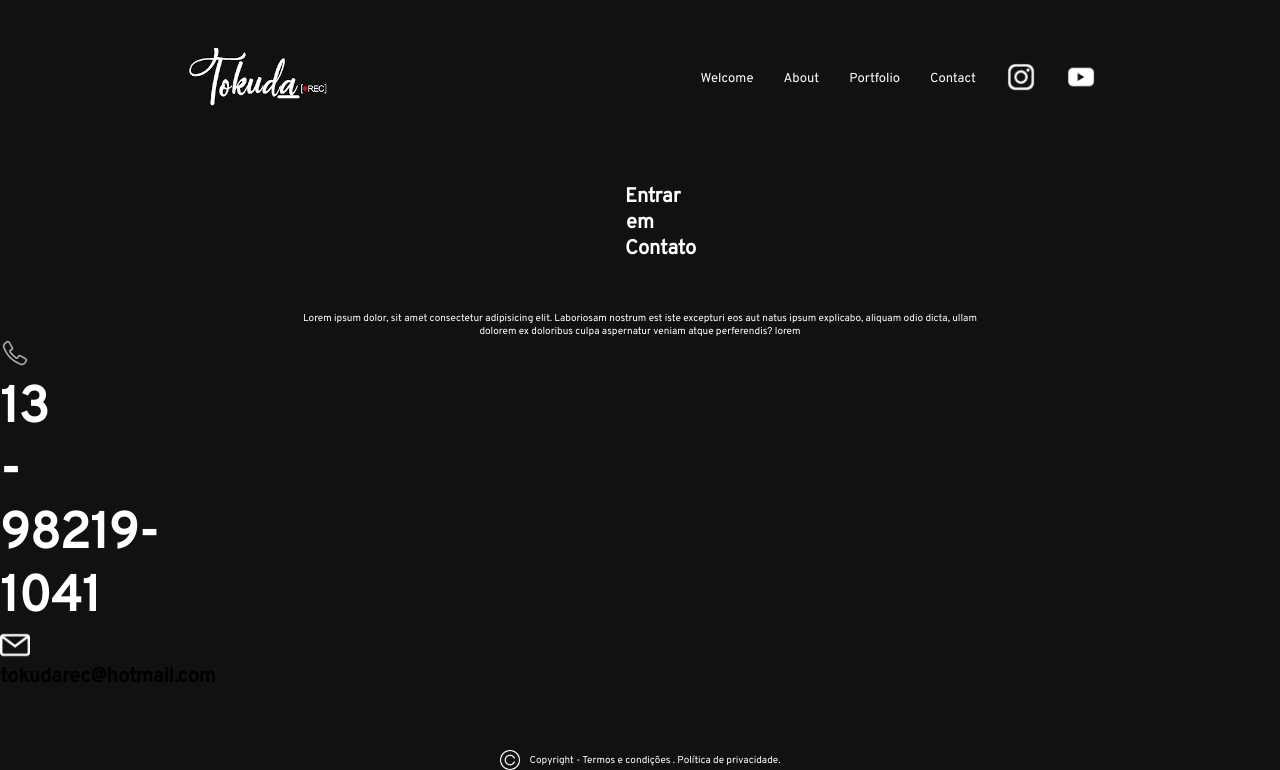
Repository: Lucasbeze/Project-FilmMaker
Page: projeto-alex/pages/contact.html
An editor plug-in stored every save of this project. The page is shown before and after the next save, followed by the edit.
The browser window is 1280 px wide. The pictures show the whole page.

Above is the page before, as saved 2022-08-26 16:18:38.

After the next save:
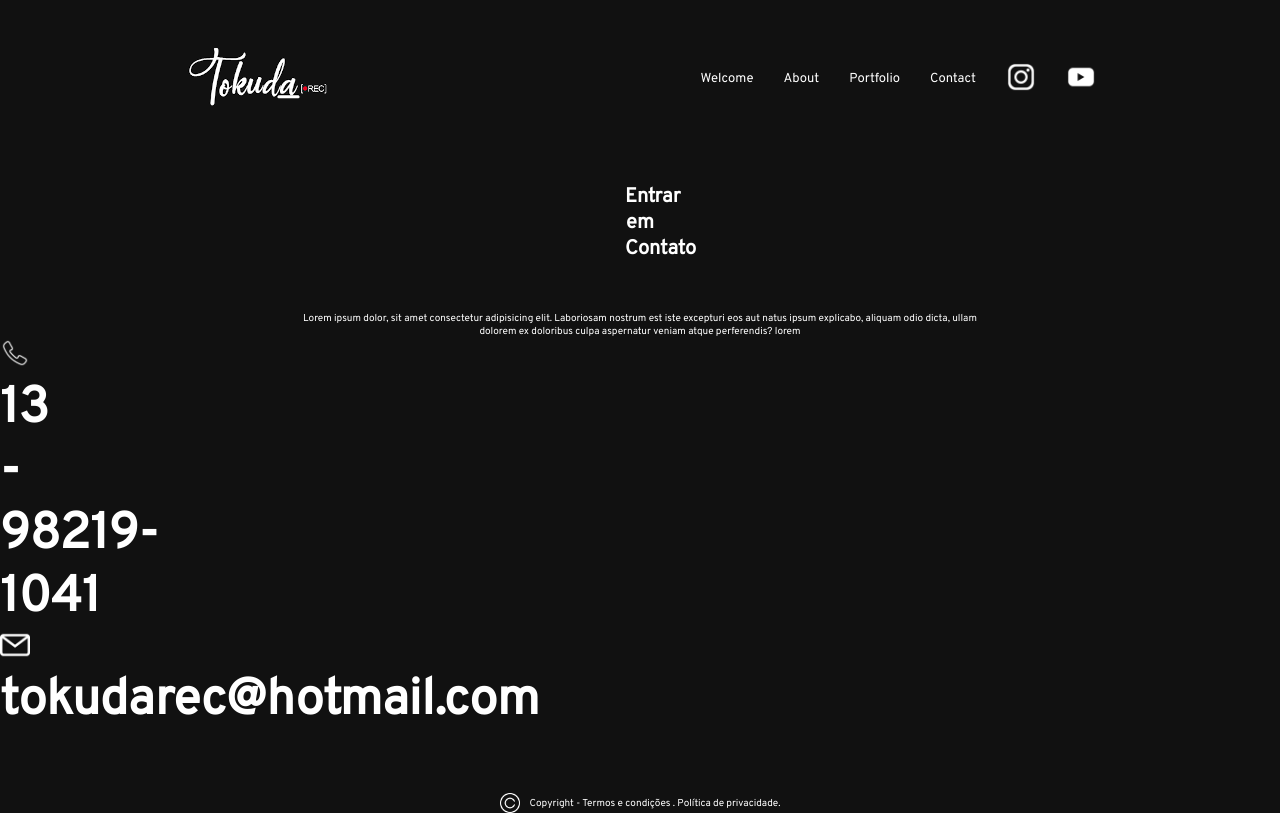
Saved 8 s later.
--- a/projeto-alex/css/contact.css
+++ b/projeto-alex/css/contact.css
@@ -58,7 +58,8 @@ main .legend{
   font-size: 2.5rem;
 }
 .email {
-  color: ;
+  color: var(--text-color);
+  font-size: 2.5rem;
 }
 main .tel img,h1{
   width: 30px;
